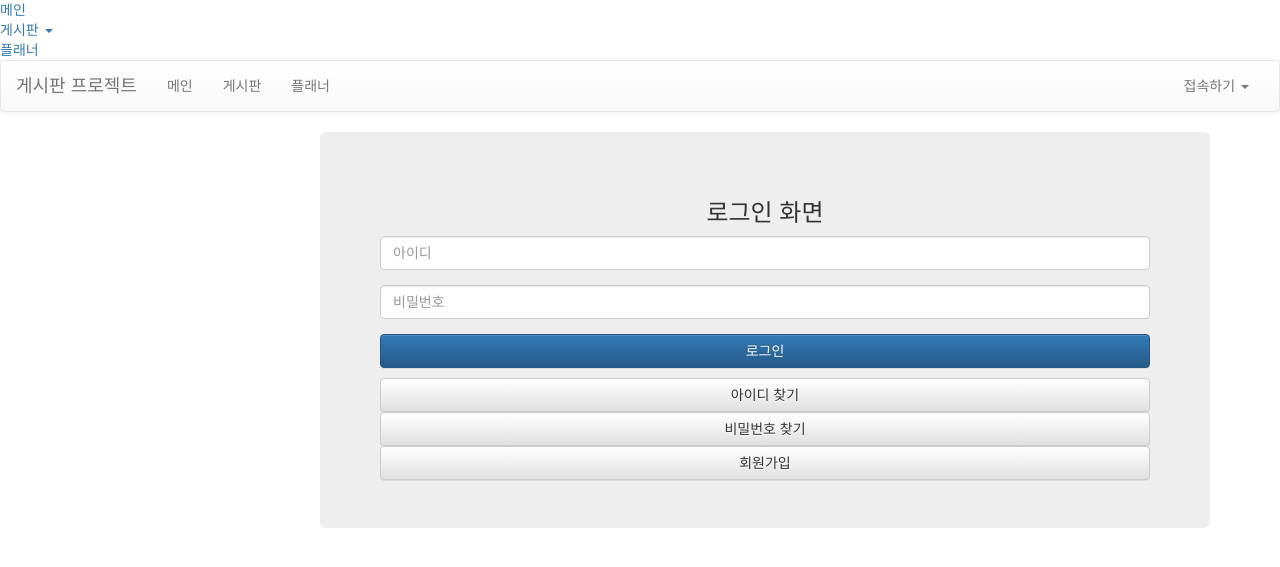
Repository: Seok7975/Project_PlannerSharingBoard
Page: http://localhost/ToDoList공유_게시판_ver3/id/login.jsp
These files come from the project's save history. The page is drawn as it stood at one moment and after the next save; the edit follows.
The browser window is 1280 px wide. The pictures show the whole page.
Some web libraries are served in a nearby version. The page is served by Tomcat 9.

Above is the page before, as saved 2024-07-05 06:03:22.

After the next save:
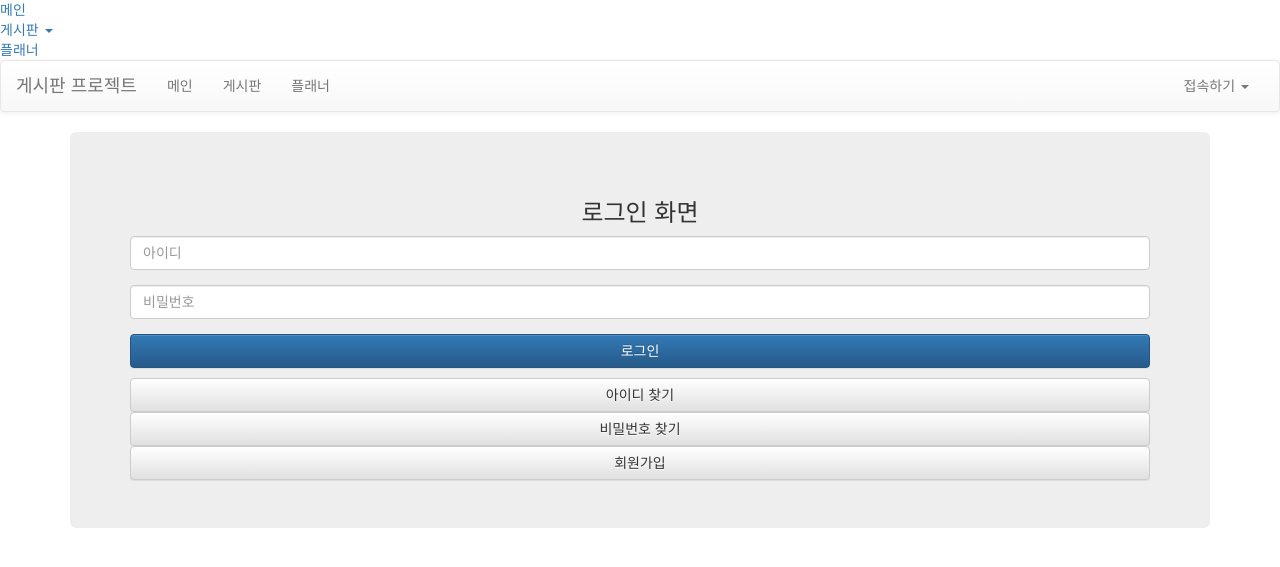
Saved 18 s later.
--- a/List_Projects_ver3/ToDoList공유 게시판_ver3/src/main/webapp/id/login.jsp
+++ b/List_Projects_ver3/ToDoList공유 게시판_ver3/src/main/webapp/id/login.jsp
@@ -249,7 +249,7 @@
     }
 </style> -->
 <script>
-    //제이쿼리로 짜보고
+/*     //제이쿼리로 짜보고
     $(document).ready(function() {
         function toggleSidebar() {
             if ($(window).width() > 768) {
@@ -278,7 +278,7 @@
                 $('.jumbotron').css('margin-left', '0');
             }
         });
-    });
+    }); */
 </script>
 </head>
 <body>
